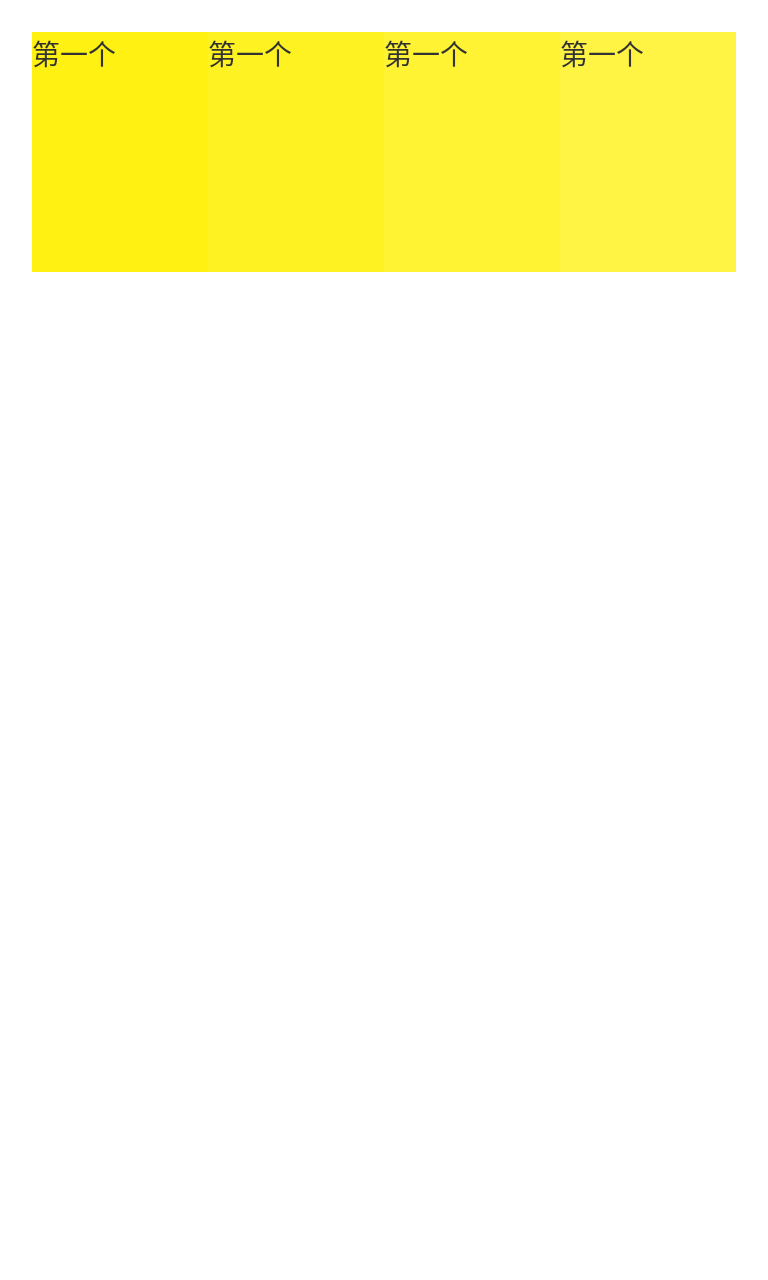
Repository: qwer2714856/Android_learn
Layout: linearylayout/res/layout/activity_main.xml
These files come from the project's save history. The layout is drawn as it stood at one moment and after the next save; the edit follows.
It is drawn on a 768 x 1280 px phone screen (xhdpi) without system bars, with theme AppTheme; the app's code is not run.

Above is the layout before, as saved 2015-09-28 07:46:38.

After the next save:
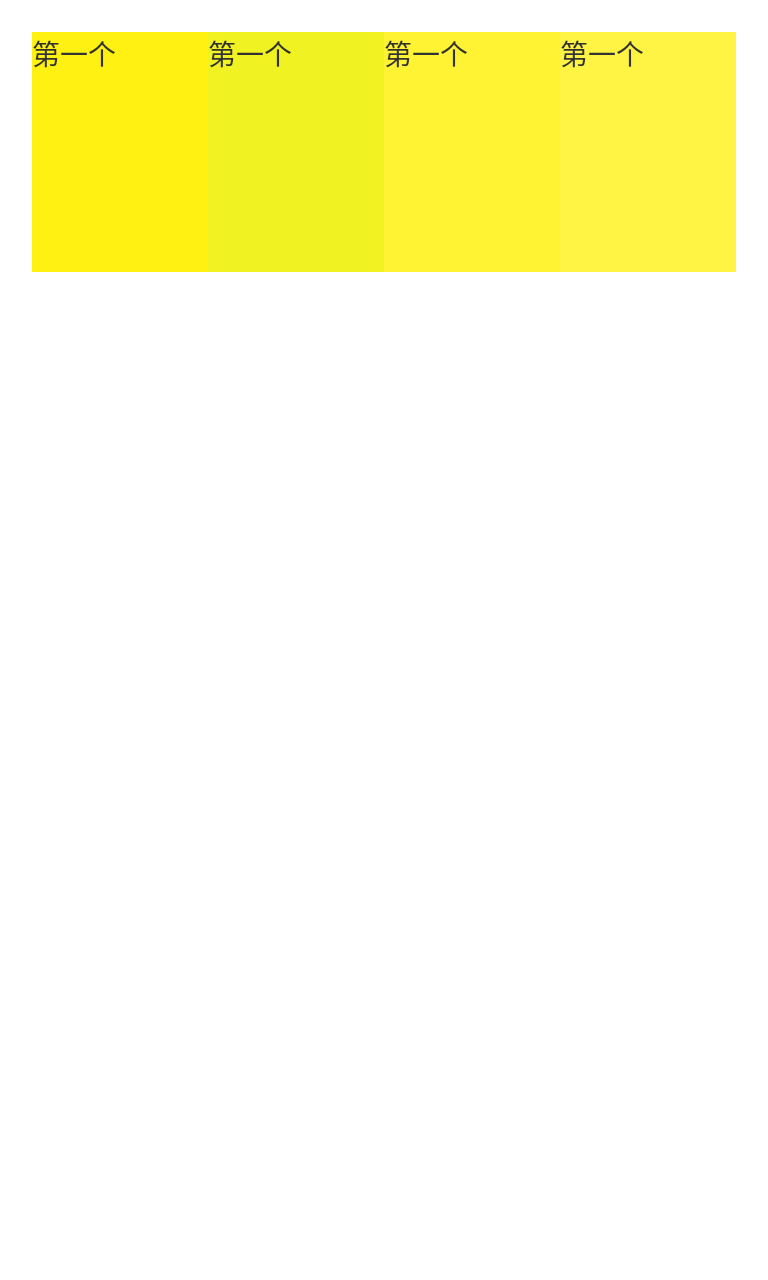
Saved 8 s later.
--- a/linearylayout/res/layout/activity_main.xml
+++ b/linearylayout/res/layout/activity_main.xml
@@ -21,7 +21,7 @@
         android:layout_height="120dp"
         android:text="第一个"
         android:layout_weight="1"
-        android:background="#fff222"
+        android:background="#f0f222"
         />
       <TextView
         android:layout_width="0dp"
